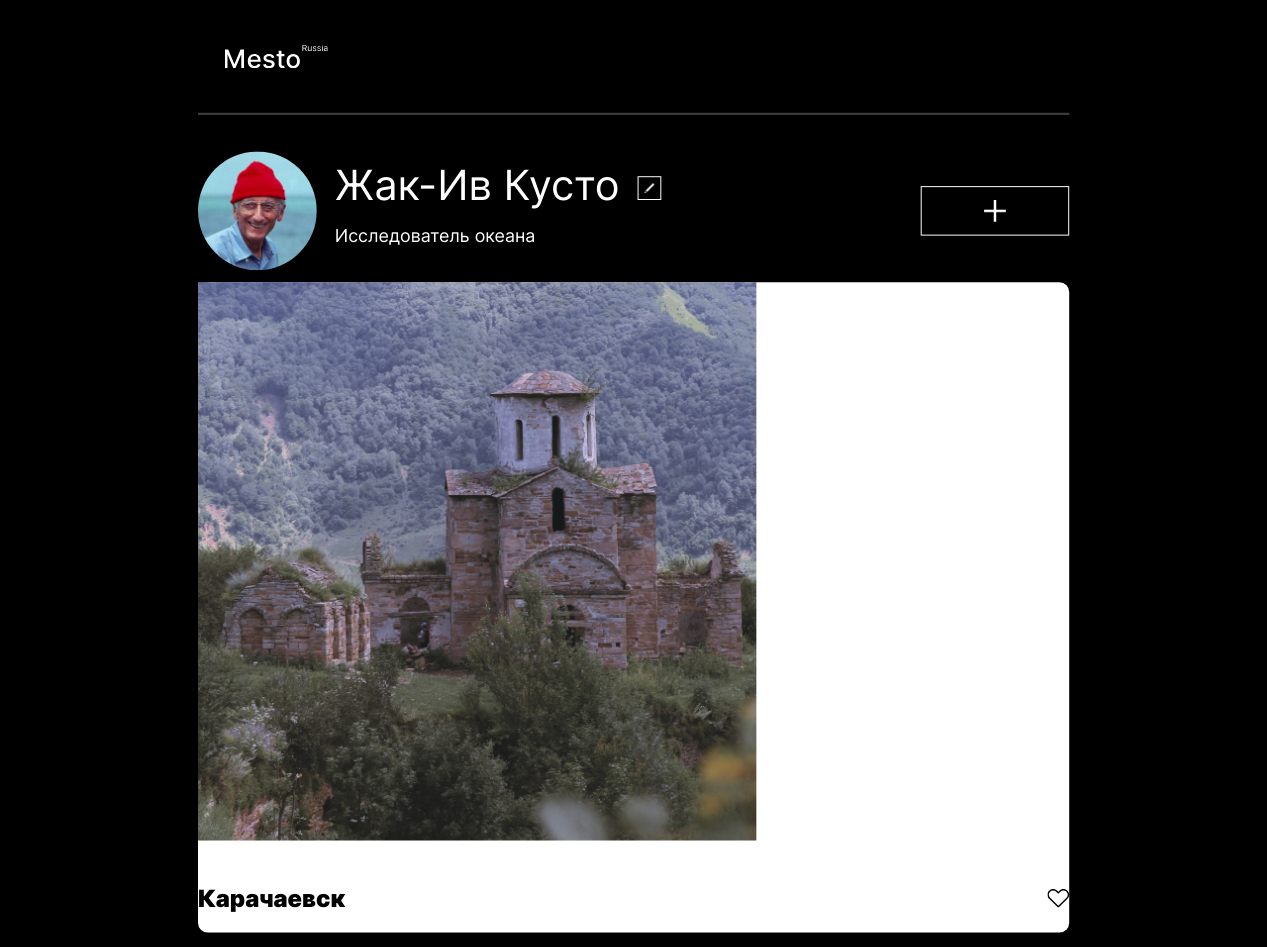
Repository: dyond/mesto
Page: index.html
The author's editor kept a copy of each file at every save. The page is drawn from the files as they stood at one save, then again after a run of saves.
The browser window is 1280 px wide. The pictures show the whole page, at 99% of full size.

Above is the page before, as saved 2022-11-28 19:34:43.

### index.html
<!DOCTYPE html>
<html lang="ru">
<head>
  <meta charset="UTF-8">
  <meta http-equiv="X-UA-Compatible" content="IE=edge">
  <meta name="viewport" content="width=device-width, initial-scale=1.0">
  <link rel="stylesheet" href="pages/index.css">
  <title>Mesto</title>
</head>
<body class="root">
  <div class="page">
    <header class="header">
      <img src="images/logo.svg" alt="" class="header__logo">
      <hr class="header__line">
    </header>
    <main>
      <section class="profile">
        <img src="images/avatar.jpg" alt="" class="profile__avatar">
        <div class="profile__info">
          <div class="profile__info-group">
            <h1 class="profile__info-title">Жак-Ив Кусто</h1>
            <button class="profile__info-button profile__info-button__edit">
              <img src="images/Vector.png" alt="">
            </button>
          </div>
          <p class="profile__info-subtitle">Исследователь океана</p>

        </div>
        <button class="profile__info-button profile__info-button__add">
          <img src="images/Vector_2.png" alt="">
        </button>
      </section>
      <section class="cards">
        <div class="card">
          <img src="images/kirill-pershin-1088404-unsplash.jpg" alt="" class="card__image">
          <div class="card__group">
            <h2 class="card__title">Карачаевск</h2>
            <button class="card__button">
              <img src="images/vector_3.svg" alt="">
            </button>
          </div>
        </div>
      </section>
    </main>
  </div>
</body>
</html>

### pages/index.css
/* NORMALIZE */
@import url(../vendor/normalize.css);

/* ROOT */
@import url(../blocks/root/root.css);

/* PAGE */
@import url(../blocks/page/page.css);

/* FONTS */
@import url(../vendor/fonts/fonts.css);

/* HEADER */
@import url(../blocks/header/header.css);
@import url(../blocks/header/__logo/header__logo.css);
@import url(../blocks/header/__line/header__line.css);

/* PROFILE */
@import url(../blocks/profile/profile.css);
@import url(../blocks/profile/__avatar/profile__avatar.css);
@import url(../blocks/profile/__info-button/profile__info-button.css);
@import url(../blocks/profile/__info/profile__info.css);
@import url(../blocks/profile/__info-group/profile__info-group.css);
@import url(../blocks/profile/__info-title/profile__info-title.css);
@import url(../blocks/profile/__info-subtitle/profile__info-subtitle.css  );
@import url(../blocks/profile/__info-button/__edit/profile__info-button__edit.css);
@import url(../blocks/profile/__info-button/__add/profile__info-button__add.css);

/* CARDS */
@import url(../blocks/cards/cards.css);
@import url(../blocks/cards/card/card.css);
@import url(../blocks/cards/card/__title/card__title.css);
@import url(../blocks/cards/card/__button/card__button.css);
@import url(../blocks/cards/card/__group/card__group.css);

### blocks/root/root.css
.root{
  background: #000000;
}

### blocks/page/page.css
.page{
  font-family: 'Inter', Arial, sans-serif;
  max-width: 880px;
  margin: 0 auto;
}

### vendor/fonts/fonts.css
@font-face {
  font-family: "Inter";
  src: local("Inter"),
    url("./Inter-Regular.woff2") format("woff2"),
    url("./Inter-Regular.woff") format("woff");
  font-weight: 400;
}

@font-face {
  font-family: "Inter";
  src: local("Inter"),
    url("./Inter-Bold.woff2") format("woff2"),
    url("./Inter-Bold.woff") format("woff");
  font-weight: 700;
}

@font-face {
  font-family: "Inter";
  src: local("Inter"),
    url("./Inter-Black.woff2") format("woff2"),
    url("./Inter-Black.woff") format("woff");
  font-weight: 900;
}

### blocks/header/header.css
.header {
  margin: 28px 0 42px;
  height: 56px;
}

@media screen and (min-width: 880px) {
  .header {
      margin: 45px 0 40px;
  }
}

### blocks/header/__logo/header__logo.css
.header__logo{
  width: 104px;
  margin-bottom: 32px;
  margin-left: 27px;
}

@media screen and (min-width: 880px) {
  .header__logo {
    margin-bottom: 41px;
  }
}

### blocks/header/__line/header__line.css
.header__line{
  margin: 0;
  opacity: 0.7;
  border: 1px solid #545454;
  background-color: #545454;
}

### blocks/profile/profile.css
.profile{
  font-size: 0px;
  display: flex;
  flex-direction: column;
  align-items: center;
  flex-wrap: wrap;
  justify-content: space-between;
}

@media screen and (min-width: 880px){
  .profile{
    flex-direction: row;

  }
}

### blocks/profile/__avatar/profile__avatar.css
.profile__avatar{
  border-radius: 50%;
  max-width: 120px;
}

### blocks/profile/__info-button/profile__info-button.css
.profile__info-button:hover{
  cursor: pointer;
  opacity: 0.6;
}

### blocks/profile/__info/profile__info.css
.profile__info{
  color: #fff;
}

### blocks/profile/__info-group/profile__info-group.css
.profile__info-group {
  display: flex;
  align-items: center;
  margin-left: 25px;
}

@media screen and (min-width: 880px) {
  .profile__info-group {
    margin-left: 0;
  }
}

### blocks/profile/__info-title/profile__info-title.css
.profile__info-title{
  margin: 0 auto;
  font-weight: 500;
  font-size: 27px;
  line-height: 33px;
  text-align: center;
  margin-top: 26px;
  margin-bottom: 14px;
}

@media screen and (min-width: 880px) {
  .profile__info-title {
    margin-top: 22px;
    margin-bottom: 16px;
    font-size: 42px;
    line-height: 48px;
  }
}

### blocks/profile/__info-subtitle/profile__info-subtitle.css
.profile__info-subtitle{
  margin: 0;
  font-weight: 400;
  font-size: 14px;
  text-align: center;
  line-height: 17px;
  margin-bottom: 36px;
}

@media screen and (min-width: 880px) {
  .profile__info-subtitle {
    font-size: 18px;
    line-height: 22px;
    text-align: start;
  }
}

### blocks/profile/__info-button/__edit/profile__info-button__edit.css
.profile__info-button__edit{
  padding: 0;
  height: 18px;
  width: 18px;
  background: transparent;
  border: 1px solid #fff;
  margin-left: 10px;
  margin-top: 12px;
}

@media screen and (min-width: 880px) {
  .profile__info-button__edit {
    height: 24px;
    width: 24px;
    margin-top: 12px;
    margin-left: 18px;
  }
}

### blocks/profile/__info-button/__add/profile__info-button__add.css
.profile__info-button__add{
  padding: 0;
  width: 282px;
  height: 50px;
  background: transparent;
  border: 1px solid #fff;
}

@media screen and (min-width: 880px) {
  .profile__info-button__add {
    margin-left: 244px;
    width: 150px;
  }
}

### blocks/cards/card/card.css
.card{
  border-radius: 10px;
  background-color: #fff;
}

### blocks/cards/card/__title/card__title.css
.card__title{
  font-weight: 900;
  font-size: 24px;
  line-height: 29px;
}

### blocks/cards/card/__button/card__button.css
.card__button{
  padding: 0;
  font-size: 0;
  background: transparent;
  border: none;
  color: #fff;
}

.card__button:hover{
  cursor: pointer;
  opacity: 0.6;
}

### blocks/cards/card/__group/card__group.css
.card__group{
  display: flex;
  justify-content: space-between;
  margin: 21px 0px 15px;
}

Loaded but not shown: vendor/normalize.css (library); blocks/cards/cards.css (no copy from this time; the picture is the same without it)

After the next 5 saves:
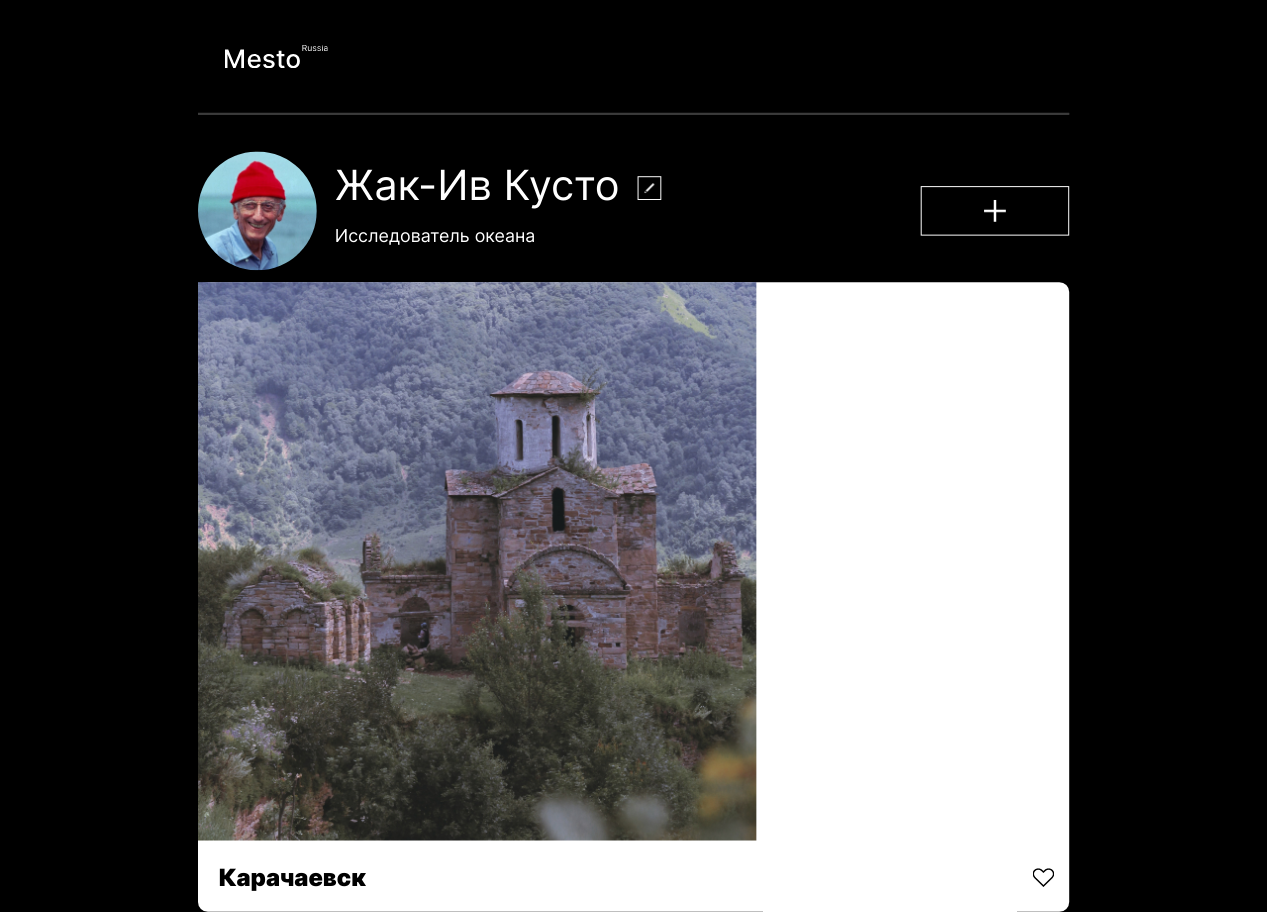
The 5 saves are shown as one change because they came seconds apart.
The last was saved 16 s later.
--- a/blocks/cards/card/__group/card__group.css
+++ b/blocks/cards/card/__group/card__group.css
@@ -1,5 +1,5 @@
 .card__group{
   display: flex;
   justify-content: space-between;
-  margin: 21px 0px 15px;
+  margin: 0px 15px 0px 21px;
 }
